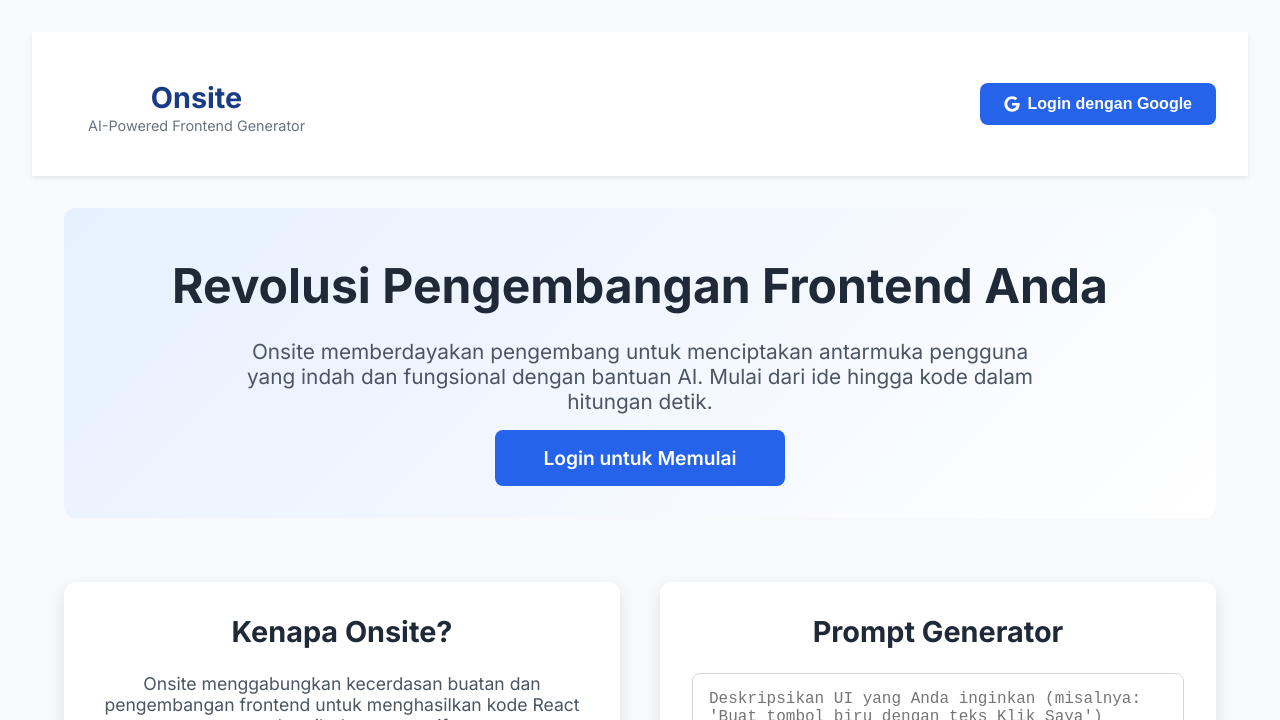
Repository: arifsoul/onsite
Page: / (app in onsite/)
An editor plug-in stored every save of this project. The page is shown before and after the next save, followed by the edit.
The browser window is 1280 px wide. The pictures show the whole page.
An inner scrolling area shows only its first screen. The project was rebuilt for these pictures with package versions that can differ from the ones it lists, and the page was loaded fresh each time. Also part of the build but not shown: onsite/vite.config.js, onsite/src/components/Editor/CSSPanel.jsx, onsite/src/components/Editor/JSPanel.jsx, onsite/src/components/Editor/ComponentEditor.css, onsite/src/components/Editor/ComponentEditor.jsx, onsite/src/pages/Editor.css, onsite/src/pages/Editor.jsx, onsite/src/pages/Login.css and 1 more.

Above is the page before, as saved 2025-04-14 17:15:34.

After the next save:
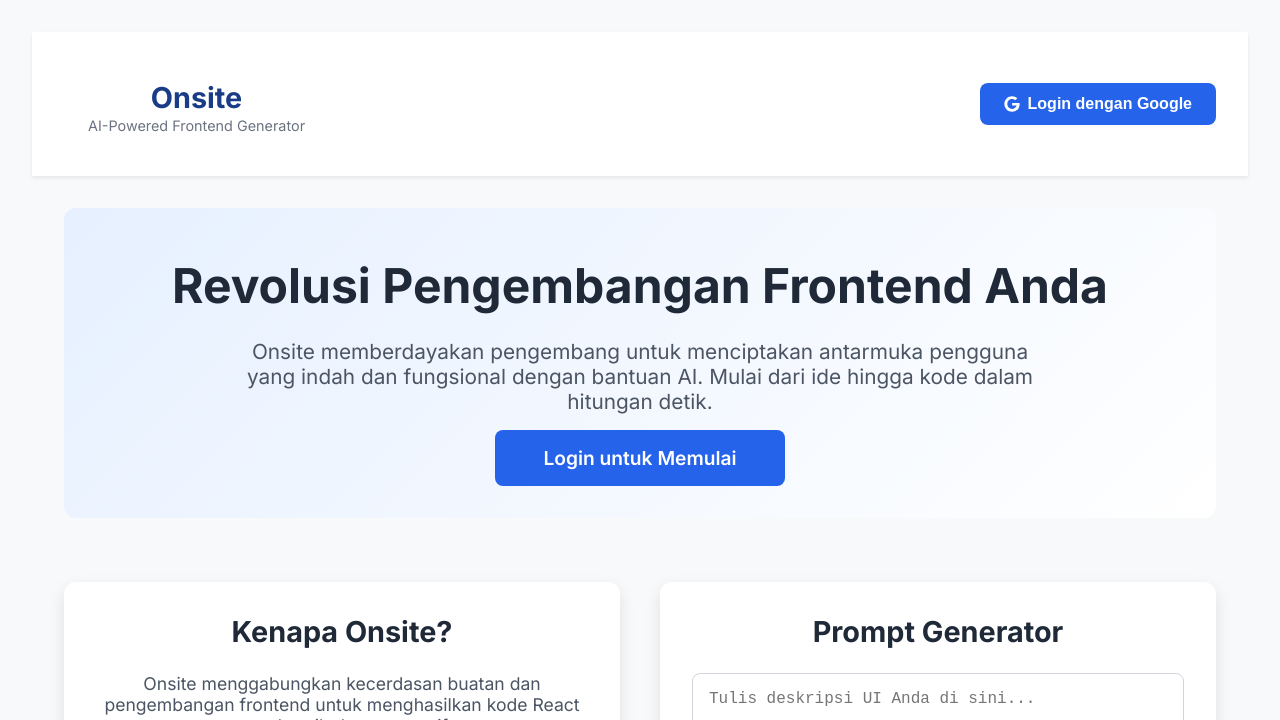
Saved 10 s later.
--- a/onsite/src/components/Generator/AIGenerator.jsx
+++ b/onsite/src/components/Generator/AIGenerator.jsx
@@ -16,8 +16,7 @@
       setGeneratedCode({ html, css, js });
       setComponents(components || []);
     } catch (error) {
-      console.error('Error in AIGenerator:', error);
-      setError(error.message);
+      setError('Gagal menghasilkan kode.');
     }
   };
 
@@ -26,8 +25,8 @@
       <textarea
         value={prompt}
         onChange={(e) => setPrompt(e.target.value)}
-        placeholder="Deskripsikan UI yang Anda inginkan (misalnya: 'Buat tombol biru dengan teks Klik Saya')"
-        className="prompt-input"
+        placeholder="Tulis deskripsi UI Anda di sini..."
+        className="prompt-input code-editor"
       />
       <button onClick={handleGenerate} className="generate-btn">
         Generate Kode
